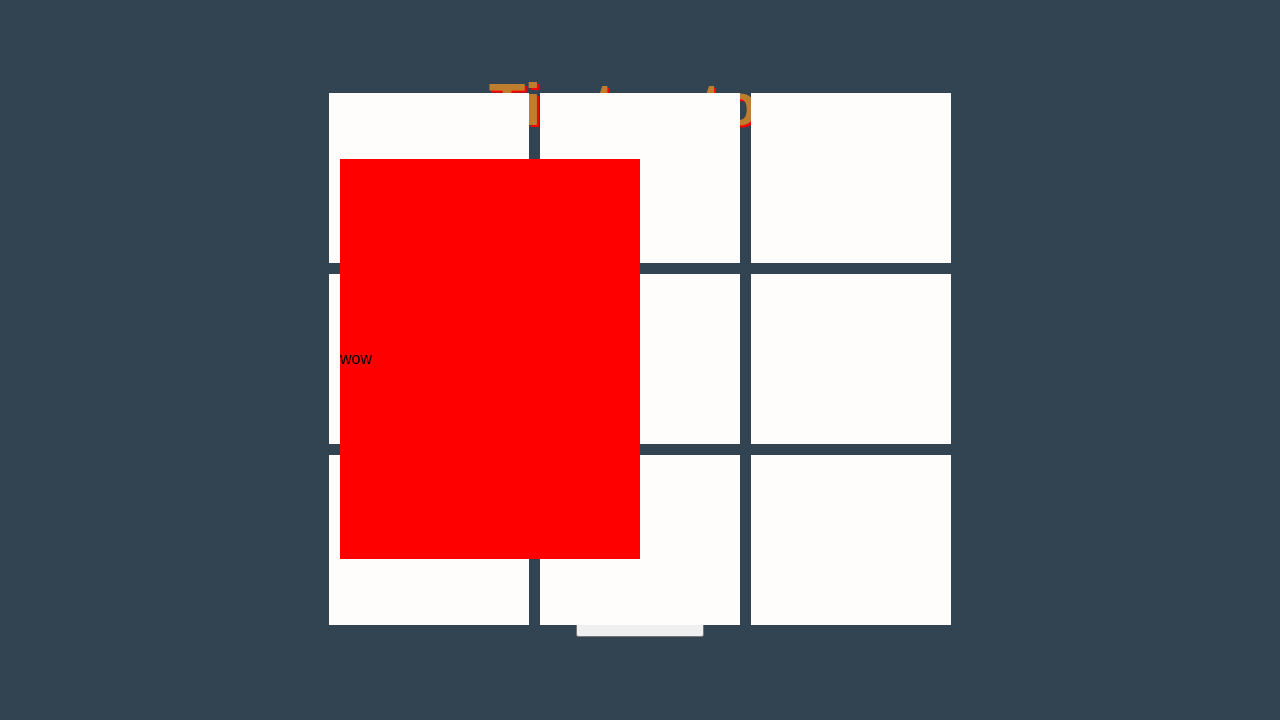
Repository: F0RDTOPG/Xand0
Page: base.html
An editor plug-in stored every save of this project. The page is shown before and after the next save, followed by the edit.
The browser window is 1280 px wide. The pictures show the whole page.
Some web fonts or font styles are not loaded; a fallback is used.

Above is the page before, as saved 2023-11-08 14:53:44.

### base.html
<!DOCTYPE html>
<html lang="en">
<head>
    <meta charset="UTF-8">
    <meta name="viewport" content="width=device-width, initial-scale=1.0">
    <title>Tic-tac-toe</title>
    <link rel="stylesheet" href="styles.css">
</head>
<link rel="shortcut icon" href="">
<body>
    <header>
        <div class="Title">
            <h1>Tic-tac-toe</h1>
        </div>
    </header>
    <main>

        <div id="square" class="container">
            <div data-cell-index="0" class="grid-item"></div>
            <div data-cell-index="1" class="grid-item"></div>
            <div data-cell-index="2" class="grid-item"></div>
            <div data-cell-index="3" class="grid-item"></div>
            <div data-cell-index="4" class="grid-item"></div>
            <div data-cell-index="5" class="grid-item"></div>
            <div data-cell-index="6" class="grid-item"></div>
            <div data-cell-index="7" class="grid-item"></div>
            <div data-cell-index="8" class="grid-item"></div>
        </div>
        <div  class="winorlose">
            wow
        </div>
    </main>

    <footer>
        <button id="button1" class="button1">Restart</button>
    </footer>
    <script src="script.js"></script>

</body>
</html>

### styles.css
@import url('https://fonts.googleapis.com/css2?family=Kenia&display=swap');
*{
  font-family: 'Kenia', sans-serif;
}
.container {
    display: grid;
    grid-template-columns: 1fr 1fr 1fr;
    grid-template-rows: 1fr 1fr 1fr;
    gap: 1px;
  }
  .Title{
    font-size: 30px;
    text-shadow: 2px 2px #FF0000;
    margin-top: 30px;
    display: flex;
    justify-content: center;
    align-items:center;
    color: rgb(191, 126, 46);
  }
  body{
    margin: 0;
    padding: 0;
    background-color:rgb(50, 67, 82);
  }
  main{
    display: flex;
    justify-content: center;
    align-items: center;
    height: 50vh;
    position: relative;
  }

.grid-item{
  z-index: 0;
  display: flex;
  justify-content: center;
  align-items:center;
  color:rgb(56, 52, 52); ;
  margin: 5px;
  font-size: 120px;
  width: 200px;
  height: 170px;
  background-color:rgb(255, 252, 252);
  cursor: pointer;
}
footer{
  height: 20vh;
  display: flex;
  align-items:center;
  justify-content: center;
}
.button1{
  color: rgb(41, 41, 41);
  font-size: 26px;
  width: 10vw;
  height: 7vh;

}
.winorlose{

  display: flex;
  margin-right: 300px;
  align-items:center;
  width: 300px;
  height: 400px;
  background-color:red;
  position: absolute;
  z-index: 99 !important;
}

### script.js
const grid_items = document.querySelectorAll(".grid-item");
const myButton = document.querySelector('.button1');


const WinCon = [
    [0, 1, 2],
    [3, 4, 5],
    [6, 7, 8],
    [0, 3, 6],
    [1, 4, 7],
    [2, 5, 8],
    [0, 4, 8],
    [2, 4, 6]
];
let options = ["", "", "", "", "", "", "", "", ""];
let currentPlayer = "X";
let running = false;

game();

function game() {
    grid_items.forEach(grid_item => grid_item.addEventListener("click", cell_click));
    running = true;
}

function cell_click() {
    const cellIndex = this.getAttribute("data-cell-index");

    if (options[cellIndex] !== "" || !running) {
        return;
    }
    updateCell(this, cellIndex);
    change_player();
    winner();
}

function updateCell(cell, index) {
    options[index] = currentPlayer;
    cell.textContent = currentPlayer;
}

function change_player() {
    currentPlayer = (currentPlayer === "X") ? "O" : "X";
}
function handleClick() {
    window.location.reload();
  }

function winner() {
    for (let i = 0; i < WinCon.length; i++) {
        const condition = WinCon[i];
        const cellA = options[condition[0]];
        const cellB = options[condition[1]];
        const cellC = options[condition[2]];

        if (cellA === "" || cellB === "" || cellC === "") {
            continue;
        }
        if (cellA === cellB && cellB === cellC) {

            running = false;
            change_player()
            alert(currentPlayer);
            handleClick()

        }
    }

    if (!options.includes("") && running) {
        running = false;
        alert('It\'s a draw!');
        handleClick()
    }
}
// button
myButton.addEventListener('click', () => {
    handleClick()
  });

After the next save:
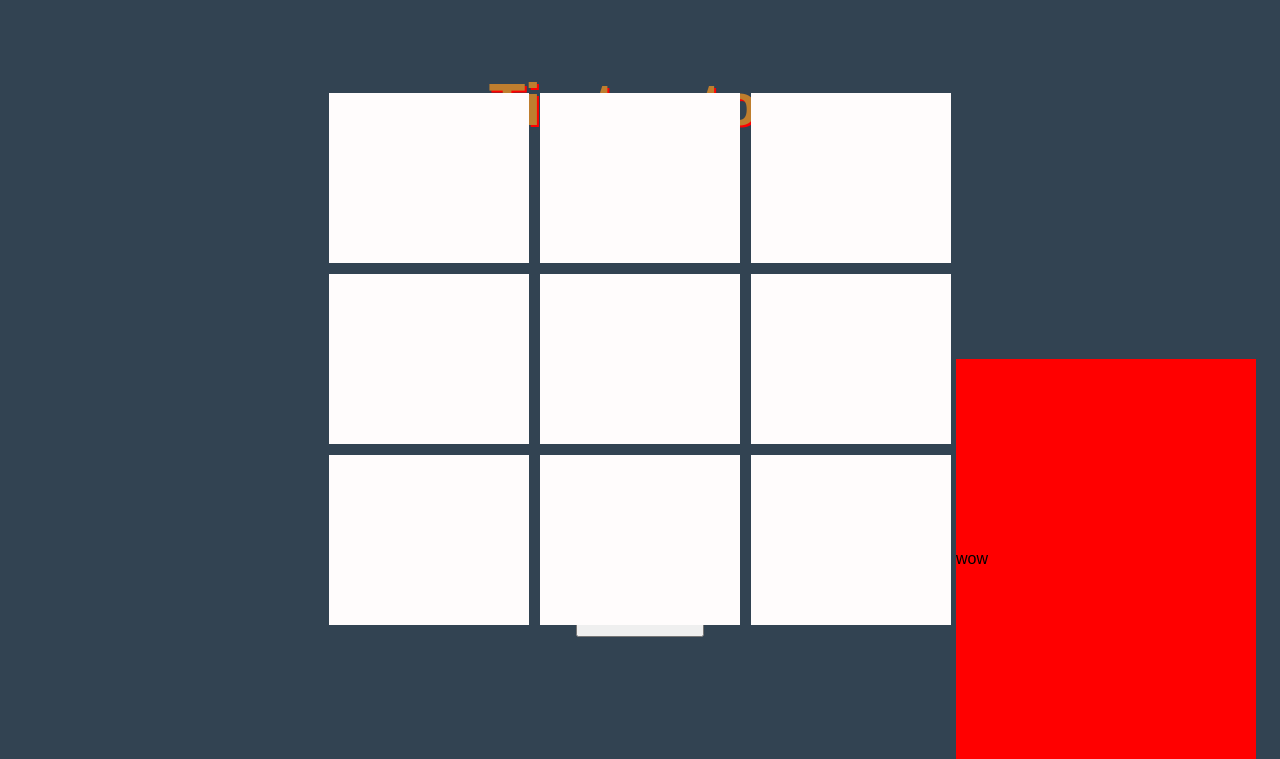
Saved 10 s later.
--- a/base.html
+++ b/base.html
@@ -26,9 +26,11 @@
             <div data-cell-index="7" class="grid-item"></div>
             <div data-cell-index="8" class="grid-item"></div>
         </div>
-        <div  class="winorlose">
-            wow
-        </div>
+        <aside>
+            <div  class="winorlose">
+                wow
+            </div>
+        </aside>
     </main>
 
     <footer>
